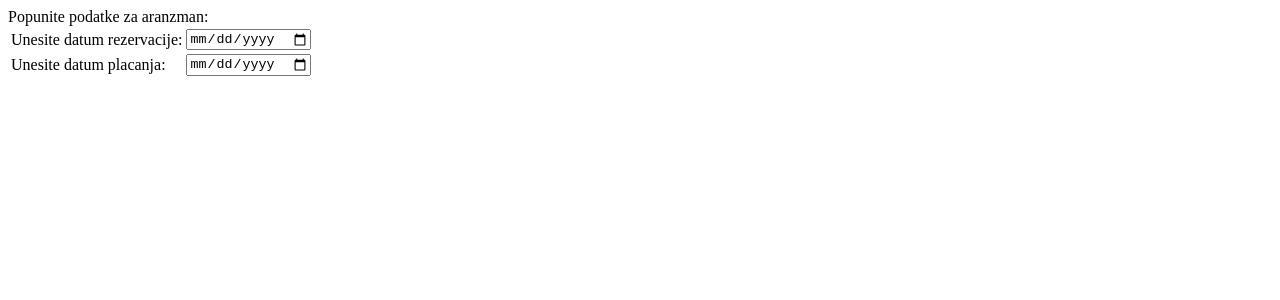
Repository: Shaft01/IS2Agency
Page: http://localhost/AgencijaWeb/unosAranzmana.jsp
An editor plug-in stored every save of this project. The page is shown before and after the next save, followed by the edit.
The browser window is 1280 px wide. The pictures show the whole page.
The page is served by Tomcat 9.

Above is the page before, as saved 2019-06-17 18:20:51.

After the next save:
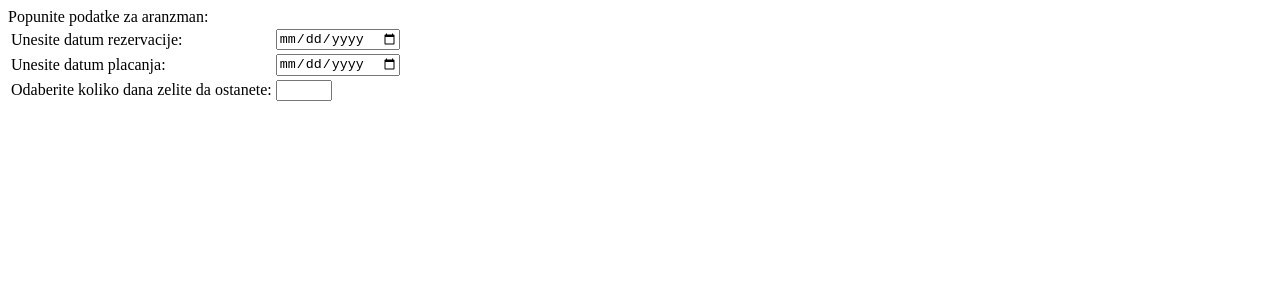
Saved 7 min 5 s later.
--- a/IS2Projekat/AgencijaWeb/src/main/webapp/unosAranzmana.jsp
+++ b/IS2Projekat/AgencijaWeb/src/main/webapp/unosAranzmana.jsp
@@ -18,6 +18,10 @@
 				<td>Unesite datum placanja:</td>
 				<td><input type="date" name="datumPlacanja"></td>
 			</tr>
+			<tr>
+				<td>Odaberite koliko dana zelite da ostanete:</td>
+				<td><input type="number" name="brDana" min="1" max="10"></td>
+			</tr>
 		</table>
 
 	</form>
